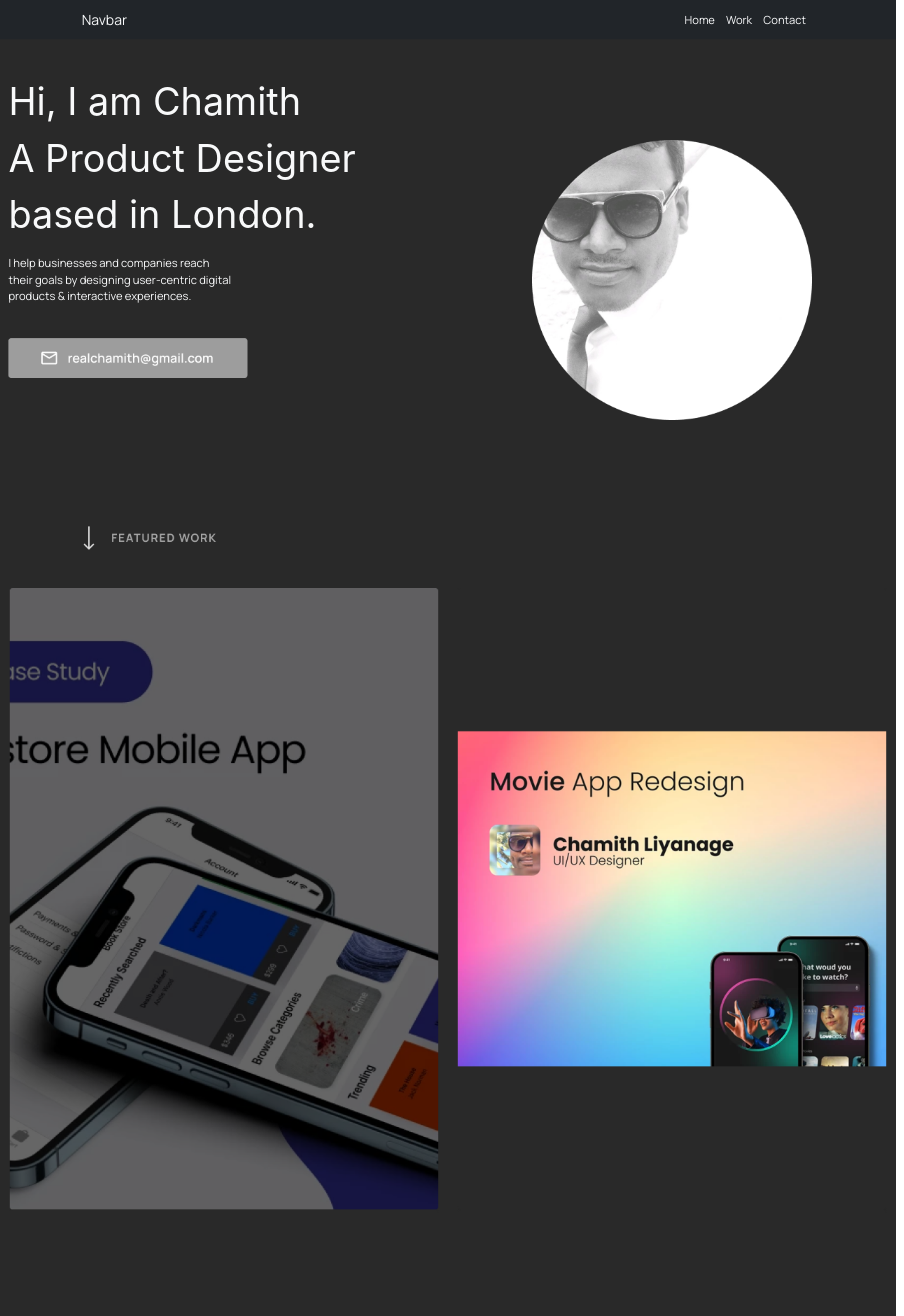
Repository: Realchamithweb/chamith-html
Page: index.html
An editor plug-in stored every save of this project. The page is shown before and after the next save, followed by the edit.
The browser window is 1280 px wide. The page is 1292 px wide, so the pictures cover 1292 px, including what lies to the right of the window. The pictures show the part of the page from y = 0 to 1880 px (the page is 4225 px tall), at 70% of full size.

Above is the page before, as saved 2023-01-04 16:21:53.

### index.html
<!doctype html>
<html lang="en">
  <head>
    <!-- Required meta tags -->
    <meta charset="utf-8">
    <meta name="viewport" content="width=device-width, initial-scale=1">
    <link rel="stylesheet" href="/css/style.css">
    <link rel="script" href="/js/main.js">
    <!-- Bootstrap CSS -->
    <link href="https://cdn.jsdelivr.net/npm/bootstrap@5.0.2/dist/css/bootstrap.min.css" rel="stylesheet" integrity="sha384-EVSTQN3/azprG1Anm3QDgpJLIm9Nao0Yz1ztcQTwFspd3yD65VohhpuuCOmLASjC" crossorigin="anonymous">
    <link rel="stylesheet" href="https://fonts.googleapis.com/css?family=Manrope">
    <title>Hello, world!</title>
  </head>
  <body>
    <div class="main">
            <div class="head">
                <nav class="navbar navbar-expand-lg navbar-light bg-dark">
                    <div class="container-fluid">
                        <div class="col-md-1"></div>
                    <a class="navbar-brand col-md-8 text-light" href="#">Navbar</a>
                    <button class="navbar-toggler" type="button" data-bs-toggle="collapse" data-bs-target="#navbarNavDropdown" aria-controls="navbarNavDropdown" aria-expanded="false" aria-label="Toggle navigation">
                        <span class="navbar-toggler-icon"></span>
                    </button>
                    <div class="collapse navbar-collapse" id="navbarNavDropdown">
                        <ul class="navbar-nav">
                        <li class="nav-item">
                            <a class="nav-link active text-light" aria-current="page" href="#">Home</a>
                        </li>
                        <li class="nav-item">
                            <a class="nav-link text-light" href="/work.html">Work</a>
                        </li>
                        <li class="nav-item">
                            <a class="nav-link text-light" href="/contact.html">Contact</a>
                        </li>
                        </ul>
                    </div>
                    </div>
                </nav>
            </div>

            <section>
            <div class="hero">
                <div class="container-fluid">
                    <div class="row">
                        <div class="col-lg-6">
                            <p class="hero-title text-light mt-5">Hi, I am Chamith<br>
                                A Product Designer<br>
                                based in London.
                            </p>
                            <p class="hero-text text-light mt-2">
                                I help businesses and companies reach <br>
                                their goals by designing user-centric digital <br>
                                products & interactive experiences.
                            </p>
                            <div class="mt-5">
                                <img src="/inc/Btn.png" class="">
                            </div>
                        </div>
                        <div class="col-lg-6 d-flex justify-content-center mb-5 mt-5">
                            <img src="/inc/unsplash_XHVpWcr5grQ.png"" class="hero-img">
                        </div>
                    </div>
                </div>
            </div>
            </section>
            <section>
            <div class="Featured-Work">
                <div class="container-fluid">
                    <div class="row mt-5">
                        <div class="col-lg-1  mb-5"></div>
                        <div class="col-lg-10  mb-5 mt-5">
                            <img src="/inc/Featured.png" class="img00">
                        </div>
                        <div class="col-lg-6 d-flex justify-content-center">
                            <img src="/inc/unsplash_mxPiMiz7KCo.png" class="img01">

                        </div>
                        <div class="col-lg-6 d-flex justify-content-center">
                            <img src="/inc/unsplash_g-pKprPg5yw.png" class="img02">
                        </div>
                    </div>
                </div>
                <div class="container-fluid">
                    <div class="row">
                        <div class="col-lg-6 d-flex justify-content-center">
                            <img src="/inc/unsplash_pqzRfBhd9r0.png" class="img01">
                        </div>
                        <div class="col-lg-6 d-flex justify-content-center">
                            <img src="/inc/unsplash_x-HpilsdKEk.png" class="img01">
                        </div>
                    </div>
                </div>
            </div>
            </section>
            <section>
                <div class="Visual-Explorations mb-5">
                    <div class="container-fluild">
                        <div class="row">
                            <div class="col-lg-12 d-flex justify-content-center text-light h1 mt-5 mb-5">Visual Explorations</div>
                            <div class="col-lg-4 d-flex justify-content-center">
                                <img src="/inc/unsplash_fd6K_OFlnRA.png" class="img01">
                            </div>
                            <div class="col-lg-4 d-flex justify-content-center">
                                <img src="/inc/unsplash_Glel-RswQqM.png" class="img01">
                            </div>
                            <div class="col-lg-4 d-flex justify-content-center">
                                <img src="/inc/unsplash_pPTw_RTkvXQ.png" class="img01">
                            </div>
                        </div>
                    </div>
                </div>
            </section>
            <section>
                <div class="Personal-Projects">
                    <div class="container-fluild">
                        <div class="row">
                            <div class="col-lg-12 d-flex justify-content-center text-light h1 mt-5">Personal Projects</div>
                            <div class="col-lg-4 d-flex justify-content-center">
                                <img src="/inc/Rectangle 4.png" class="img01">
                            </div>
                            <div class="col-lg-4 d-flex justify-content-center">
                                <img src="/inc/Rectangle 4-1.png" class="img01">
                            </div>
                            <div class="col-lg-4 d-flex justify-content-center">
                                <img src="/inc/Rectangle 4-2.png" class="img01">
                            </div>
                        </div>
                    </div>
                </div>
            </section>
            <section>
                <div class="contact-me">
                    <div class="container-fluild">
                        <div class="row">
                                <h2 class="text-light d-flex justify-content-center mb-5">Contact Me</h2>
                                <p class="text-light d-flex text-center justify-content-center h5 mb-5">If you are looking to hire a product designer,<br>
                                    I’m currently available for freelance work</p>
                                <div class="col-lg-12 d-flex justify-content-center mb-5">
                                    <img src="/inc/Btn.png" class="img02">
                                </div>
                        </div>
                    </div>
                </div>
            </section>
            <section>
                <div class="footer">
                    <div class="container-fluild">
                        <div class="row">
                            <hr class="text-light">
                            <div class="col-lg-4 text-center text-light mb-3">Made by Chamith — Copyright 2022</div>
                            <div class="col-lg-4 mb-3"></div>
                            <div class="col-lg-4 mb-3"><img src="/inc/Icons.png" class="img02"></div>
                        </div>
                    </div>
                </div>
            </section>

    </div>




    <!-- Optional JavaScript; choose one of the two! -->

    <!-- Option 1: Bootstrap Bundle with Popper -->
    <script src="https://cdn.jsdelivr.net/npm/bootstrap@5.0.2/dist/js/bootstrap.bundle.min.js" integrity="sha384-MrcW6ZMFYlzcLA8Nl+NtUVF0sA7MsXsP1UyJoMp4YLEuNSfAP+JcXn/tWtIaxVXM" crossorigin="anonymous"></script>

    <!-- Option 2: Separate Popper and Bootstrap JS -->
    <!--
    <script src="https://cdn.jsdelivr.net/npm/@popperjs/core@2.9.2/dist/umd/popper.min.js" integrity="sha384-IQsoLXl5PILFhosVNubq5LC7Qb9DXgDA9i+tQ8Zj3iwWAwPtgFTxbJ8NT4GN1R8p" crossorigin="anonymous"></script>
    <script src="https://cdn.jsdelivr.net/npm/bootstrap@5.0.2/dist/js/bootstrap.min.js" integrity="sha384-cVKIPhGWiC2Al4u+LWgxfKTRIcfu0JTxR+EQDz/bgldoEyl4H0zUF0QKbrJ0EcQF" crossorigin="anonymous"></script>
    -->
  </body>
</html>

### css/style.css
.main{
    background-color: #292929;
    font-family: 'Manrope', serif;

}

.hero-img{
    margin-top: 6em;
}

.hero-title{
    font-family: 'Inter';
    font-style: normal;
    font-weight: 400;
    font-size: 54px;
    font-size: 54px;
    color: 000000#;

}

/*
.hero-title{
    position: absolute;
    width: 824px;
    height: 192px;
    left: 96px;
    top: 240px;

    font-family: 'Inter';
    font-style: normal;
    font-weight: 400;
    font-size: 54px;
    line-height: 64px;
    color: #000000;
}

.hero-text{
    position: absolute;
    width: 824px;
    height: 90px;
    left: 96px;
    top: 456px;

    font-family: 'Inter';
    font-style: normal;
    font-weight: 400;
    font-size: 20px;
    line-height: 30px;
    /* or 150% */
    /* color: #000000
}

.hero-btn{
    box-sizing: border-box;
    position: absolute;
    width: 341.57px;
    height: 57px;
    left: 96px;
    top: 634px;

    background: #FFFFFF;
    border: 1px solid #000000;
    border-radius: 4px;
}

.f-row{
    display: flex;
    flex-direction: row;
    justify-content: center;
    align-items: center;
    padding: 8px;
    gap: 32px;

    position: absolute;
    height: 48px;
    left: 96px;
    top: 836px;
}

.img00{
    display: flex;
    flex-direction: row;
    justify-content: center;
    align-items: center;
    padding: 8px;
    gap: 32px;

    position: absolute;
    width: 198px;
    height: 48px;
    left: 96px;
    top: 836px;

}

.img01{
    position: absolute;
    width: 612px;
    height: 888px;
    left: 96px;
    top: 964px;
    border-radius: 4px;
}

.img01:hover{
    background: linear-gradient(0deg, rgba(0, 0, 0, 0.6), rgba(0, 0, 0, 0.6)), url("/inc/Bookstore.png"), #292929;
}

.img02{
    position: absolute;
    width: 612px;
    height: 888px;
    left: 732px;
    top: 1102px;

    background: url(3ffea8135910975.Y3JvcCwxMDgwLDg0NCwwLDExNw.png), #292929;
    border-radius: 4px;
}  */

After the next save:
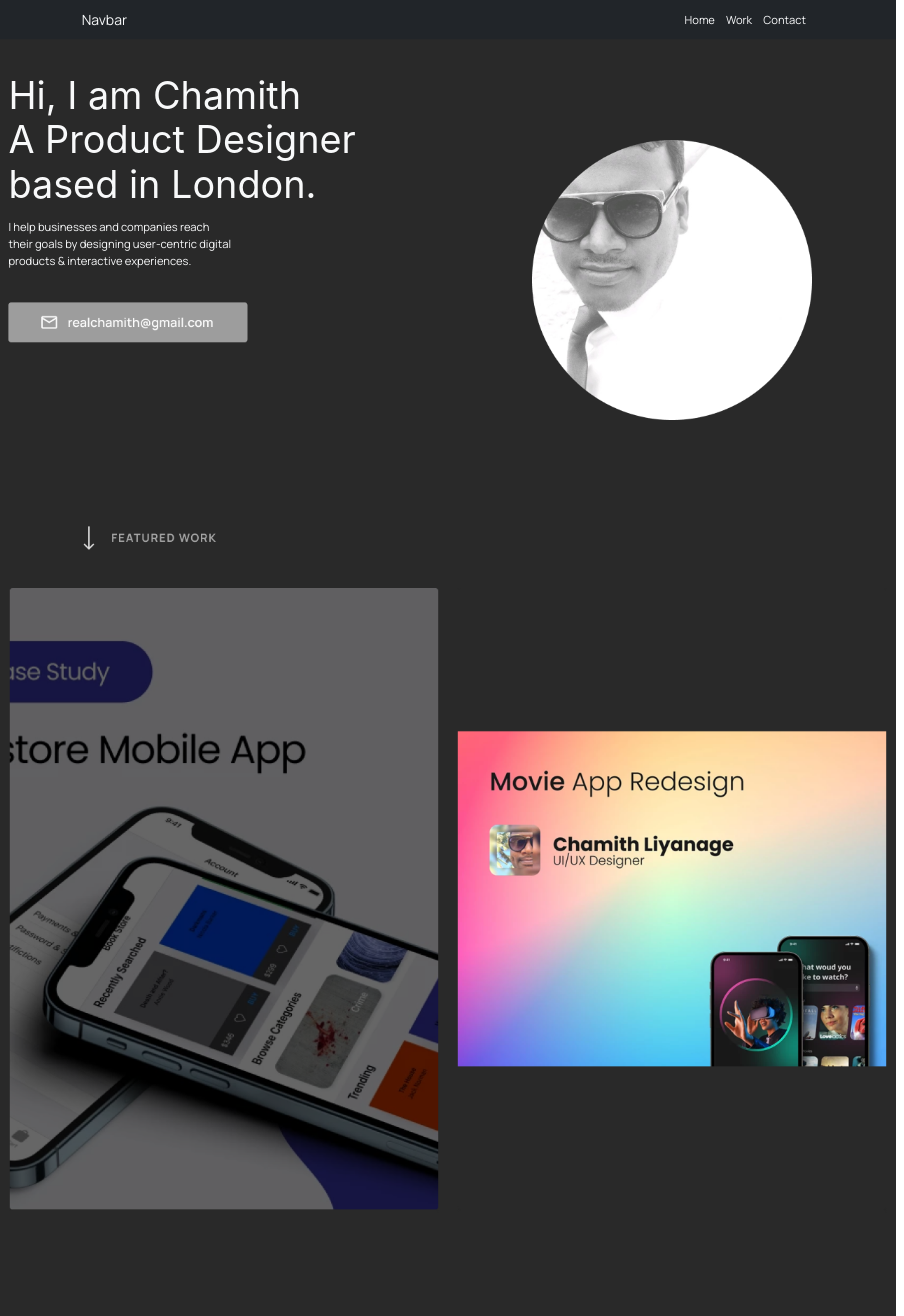
Saved 40 s later.
--- a/css/style.css
+++ b/css/style.css
@@ -13,7 +13,7 @@
     font-style: normal;
     font-weight: 400;
     font-size: 54px;
-    font-size: 54px;
+    line-height: 64px;
     color: 000000#;
 
 }
